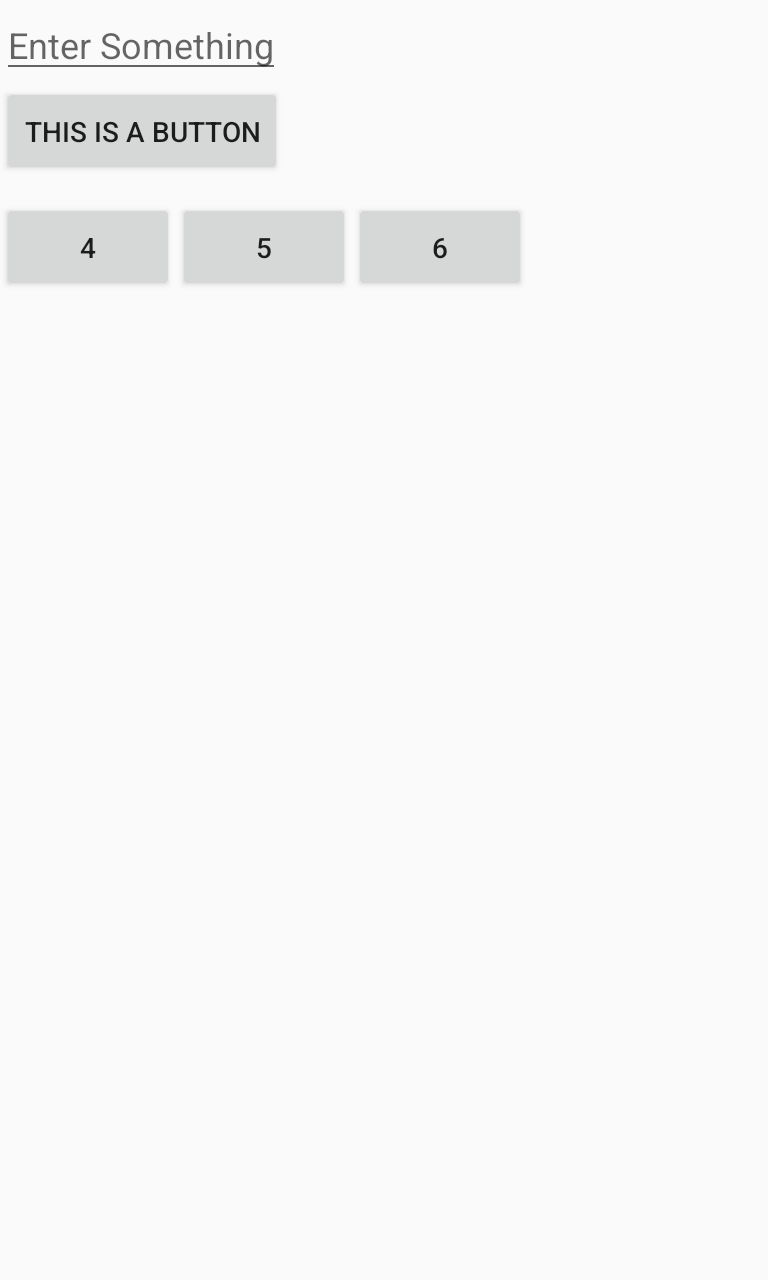
Repository: apoorvelec/AndroidApps
Layout: Calculator/res/layout/activity_main.xml
The author's editor kept a copy of each file at every save. The layout is drawn from the files as they stood at one save, then again after the next save.
It is drawn on a 768 x 1280 px phone screen (xhdpi) without system bars, with theme AppTheme; the app's code is not run.

Above is the layout before, as saved 2016-05-17 00:48:37.

After the next save:
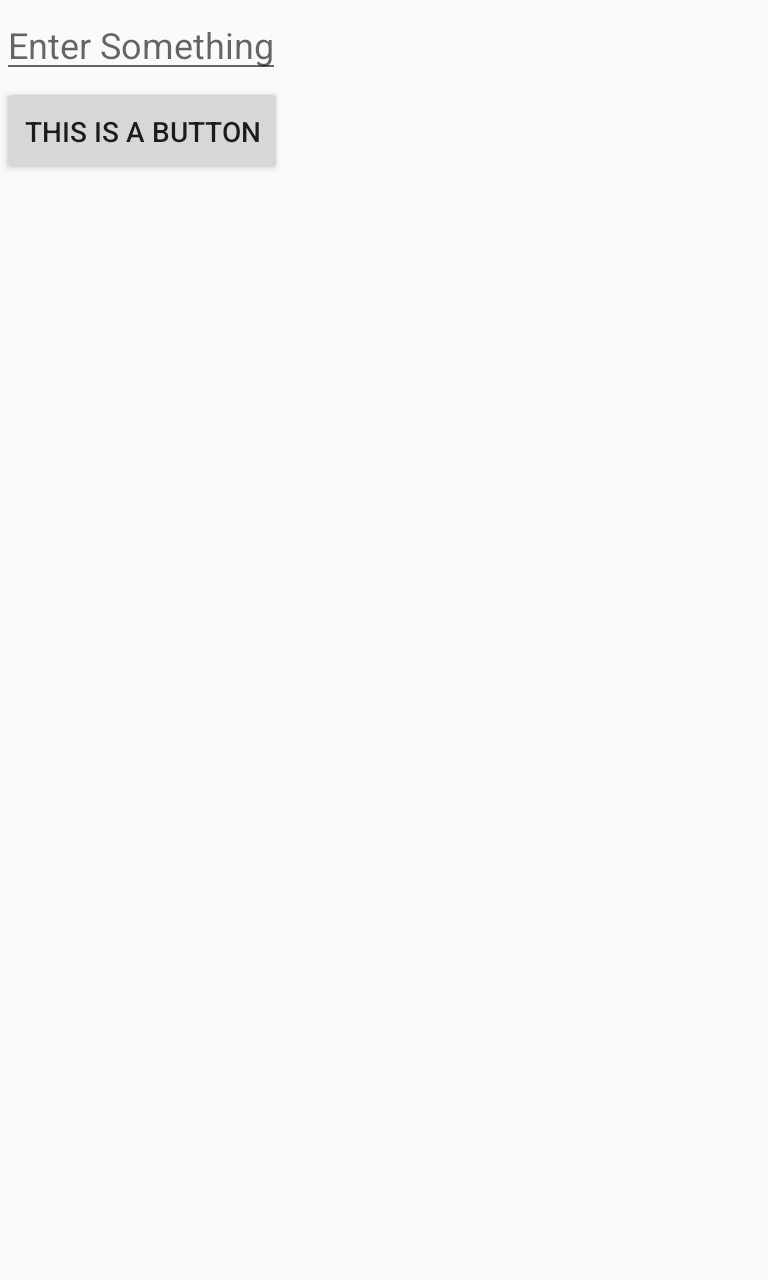
Saved 30 s later.
--- a/Calculator/res/layout/activity_main.xml
+++ b/Calculator/res/layout/activity_main.xml
@@ -33,7 +33,7 @@
    </LinearLayout>
 
    <LinearLayout android:layout_width="fill_parent"
-   android:layout_height="fill_parent"
+   android:layout_height="10dp"
    android:orientation="horizontal" >
    	<Button android:id="@+id/button4"
       android:layout_width="wrap_content"
@@ -50,7 +50,7 @@
    </LinearLayout>
 
    <LinearLayout android:layout_width="fill_parent"
-   android:layout_height="fill_parent"
+   android:layout_height="10dp"
    android:orientation="horizontal" >
    	<Button android:id="@+id/button7"
       android:layout_width="wrap_content"
